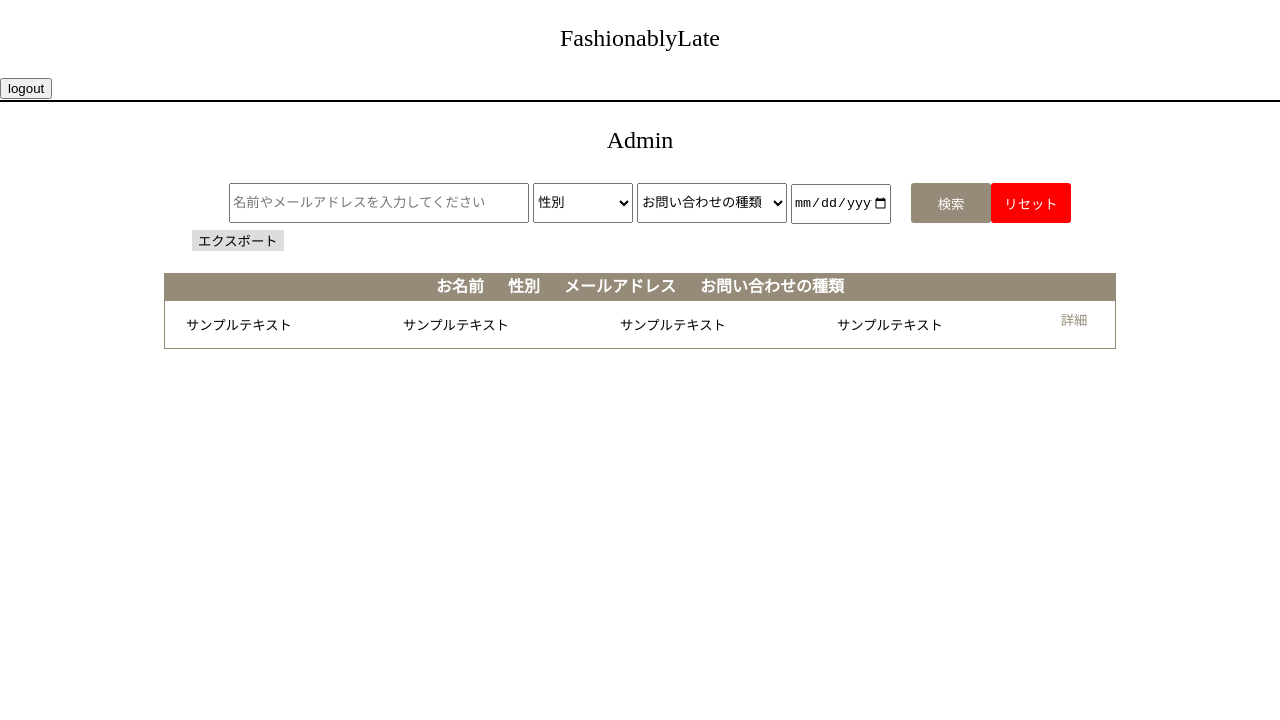
Repository: mayu-ya/test_form
Page: http://localhost/
These files come from the project's save history. The page is drawn as it stood at one moment and after the next save; the edit follows.
The browser window is 1280 px wide. The pictures show the whole page.
The page is served by the project's Laravel application, run on PHP 8.4 with Laravel 8. Other server files are loaded and not shown.

Above is the page before, as saved 2026-01-18 10:08:35.

### src/routes/web.php
<?php

use Illuminate\Support\Facades\Route;
use App\Http\Controllers\ContactController;

/*
|--------------------------------------------------------------------------
| Web Routes
|--------------------------------------------------------------------------
|
| Here is where you can register web routes for your application. These
| routes are loaded by the RouteServiceProvider within a group which
| contains the "web" middleware group. Now create something great!
|
*/

Route::get('/', [ContactController::class, 'index']);

### src/app/Http/Controllers/ContactController.php
<?php

namespace App\Http\Controllers;

use Illuminate\Http\Request;

class ContactController extends Controller
{
    public function index()
    {
        return view('admin');
    }
}

### src/resources/views/admin.blade.php
@extends('layouts.app')

@section('css')
<link rel="stylesheet" href="{{ asset('css/admin.css') }}">
@endsection

@section('header')
<nav class="header">
    <form action="">
        <button class="header__button">logout</button>
    </form>
</nav>
@endsection

@section('content')
<div class="content">
    <div class="title">
        <h2 class="title-h">Admin</h2>
    </div>

    <div class="search">
        <form action="" class="form__search">
            <div class="form__search-item">
                <input class="form__search-name" type="search" name="name" placeholder="名前やメールアドレスを入力してください">
                <select class="form__search-gender" name="gender">
                    <option value="">性別</option>
                </select>
                <select class="form__search-content" name="content">
                    <option value="">お問い合わせの種類</option>
                </select>
                <input class="form__search-date" type="date" name="date">
            </div>
            <div class="search__button">
                <button class="search__button-submit" tyup="submit">検索</button>
            </div>
        </form>
        <form action="" class="reset__button">
            <button class="reset__button-submit">リセット</button>
        </form>
    </div>

    <div class="export">
        <form action="" class="form__export">
            <button class="form__export-button">エクスポート</button>
        </form>
    </div>

    <div class="table-content">
        <table class="table">
            <tr class="table-row">
                <th class="table-title">
                    <span class="table-span">お名前</span>
                    <span class="table-span">性別</span>
                    <span class="table-span">メールアドレス</span>
                    <span class="table-span">お問い合わせの種類</span>
                </th>
            </tr>
            <tr class="table-row">
                <td class="table__item">
                    <form class="form">
                        <div class="form__item">
                            <div class="form__item-name">
                                <input type="text" class="form__item-input" value="サンプルテキスト">
                            </div>
                            <div class="form_item-gender">
                                <input type="text" class="form__item-input" value="サンプルテキスト">
                            </div>
                            <div class="form_item-email">
                                <input type="text" class="form__item-input" value="サンプルテキスト">
                            </div>
                            <div class="form_item-content">
                                <input type="text" class="form__item-input" value="サンプルテキスト">
                            </div>
                        </div>
                        <div class="form__button">
                            <button class="form__button-detail">詳細</button>
                        </div>
                    </form>
                </td>
            </tr>
        </table>
    </div>
</div>
@endsection

### src/resources/views/layouts/app.blade.php
<!DOCTYPE html>
<html lang="ja">
<head>
    <meta charset="UTF-8">
    <meta name="viewport" content="width=device-width, initial-scale=1.0">
    <title>FashionablyLate</title>
    <link rel="stylesheet" href="{{ asset('css/common.css') }}">
    <link rel="stylesheet" href="{{ asset('css/sanitize.css') }}">
    @yield('css')
</head>
<body>
    <header class="header">
        <div class="header-title">
            <div class="header-title__item">FashionablyLate</div>
        </div>
        @yield('header')
    </header>

    <main>
        @yield('content')
    </main>
</body>
</html>

### src/public/css/common.css
.header{
    border-bottom: 1px solid #000;
}

.header-title {
    margin: 0 auto;
    padding: 20px 15px;
    max-width: 1230px;
}

.header-title__item {
    font-size: 24px;
    text-align: center;
}

### src/public/css/sanitize.css
/* Document
* ========================================================================== */

/**
* Add border box sizing in all browsers (opinionated).
*/

*,
::before,
::after {
  box-sizing: border-box;
}

/**
* 1. Add text decoration inheritance in all browsers (opinionated).
* 2. Add vertical alignment inheritance in all browsers (opinionated).
*/

::before,
::after {
  vertical-align: inherit;
  /* 2 */
  text-decoration: inherit;
  /* 1 */
}

/**
* 1. Use the default cursor in all browsers (opinionated).
* 2. Change the line height in all browsers (opinionated).
* 3. Use a 4-space tab width in all browsers (opinionated).
* 4. Remove the grey highlight on links in iOS (opinionated).
* 5. Prevent adjustments of font size after orientation changes in
*    IE on Windows Phone and in iOS.
* 6. Breaks words to prevent overflow in all browsers (opinionated).
*/

html {
  word-break: break-word;
  /* 6 */
  -moz-tab-size: 4;
  /* 3 */
  tab-size: 4;
  /* 3 */
  line-height: 1.5;
  /* 2 */
  cursor: default;
  /* 1 */

  -webkit-tap-highlight-color: transparent
    /* 4 */
  ;
  -ms-text-size-adjust: 100%;
  /* 5 */
  -webkit-text-size-adjust: 100%;
  /* 5 */
}

/* Sections
* ========================================================================== */

/**
* Remove the margin in all browsers (opinionated).
*/

body {
  margin: 0;
}

/**
* Correct the font size and margin on `h1` elements within `section` and
* `article` contexts in Chrome, Edge, Firefox, and Safari.
*/

h1 {
  margin: 0.67em 0;
  font-size: 2em;
}

/* Grouping content
* ========================================================================== */

/**
* Remove the margin on nested lists in Chrome, Edge, IE, and Safari.
*/

dl dl,
dl ol,
dl ul,
ol dl,
ul dl {
  margin: 0;
}

/**
* Remove the margin on nested lists in Edge 18- and IE.
*/

ol ol,
ol ul,
ul ol,
ul ul {
  margin: 0;
}

/**
* 1. Add the correct sizing in Firefox.
* 2. Show the overflow in Edge 18- and IE.
*/

hr {
  overflow: visible;
  /* 2 */
  height: 0;
  /* 1 */
}

/**
* Add the correct display in IE.
*/

main {
  display: block;
}

/**
* Remove the list style on navigation lists in all browsers (opinionated).
*/

nav ol,
nav ul {
  padding: 0;
  list-style: none;
}

/**
* 1. Correct the inheritance and scaling of font size in all browsers.
* 2. Correct the odd `em` font sizing in all browsers.
*/

pre {
  font-size: 1em;
  /* 2 */
  font-family: monospace, monospace;
  /* 1 */
}

/* Text-level semantics
* ========================================================================== */

/**
* Remove the gray background on active links in IE 10.
*/

a {
  background-color: transparent;
}

/**
* Add the correct text decoration in Edge 18-, IE, and Safari.
*/

abbr[title] {
  text-decoration: underline;
  text-decoration: underline dotted;
}

/**
* Add the correct font weight in Chrome, Edge, and Safari.
*/

b,
strong {
  font-weight: bolder;
}

/**
* 1. Correct the inheritance and scaling of font size in all browsers.
* 2. Correct the odd `em` font sizing in all browsers.
*/

code,
kbd,
samp {
  font-size: 1em;
  /* 2 */
  font-family: monospace, monospace;
  /* 1 */
}

/**
* Add the correct font size in all browsers.
*/

small {
  font-size: 80%;
}

/* Embedded content
* ========================================================================== */

/*
* Change the alignment on media elements in all browsers (opinionated).
*/

audio,
canvas,
iframe,
img,
svg,
video {
  vertical-align: middle;
}

/**
* Add the correct display in IE 9-.
*/

audio,
video {
  display: inline-block;
}

/**
* Add the correct display in iOS 4-7.
*/

audio:not([controls]) {
  display: none;
  height: 0;
}

/**
* Remove the border on iframes in all browsers (opinionated).
*/

iframe {
  border-style: none;
}

/**
* Remove the border on images within links in IE 10-.
*/

img {
  border-style: none;
}

/**
* Change the fill color to match the text color in all browsers (opinionated).
*/

svg:not([fill]) {
  fill: currentColor;
}

/**
* Hide the overflow in IE.
*/

svg:not(:root) {
  overflow: hidden;
}

/* Tabular data
* ========================================================================== */

/**
* Collapse border spacing in all browsers (opinionated).
*/

table {
  border-collapse: collapse;
}

/* Forms
* ========================================================================== */

/**
* Remove the margin on controls in Safari.
*/

button,
input,
select {
  margin: 0;
}

/**
* 1. Show the overflow in IE.
* 2. Remove the inheritance of text transform in Edge 18-, Firefox, and IE.
*/

button {
  overflow: visible;
  /* 1 */
  text-transform: none;
  /* 2 */
}

/**
* Correct the inability to style buttons in iOS and Safari.
*/

button,
[type="button"],
[type="reset"],
[type="submit"] {
  -webkit-appearance: button;
}

/**
* 1. Change the inconsistent appearance in all browsers (opinionated).
* 2. Correct the padding in Firefox.
*/

fieldset {
  padding: 0.35em 0.75em 0.625em;
  /* 2 */
  border: 1px solid #a0a0a0;
  /* 1 */
}

/**
* Show the overflow in Edge 18- and IE.
*/

input {
  overflow: visible;
}

/**
* 1. Correct the text wrapping in Edge 18- and IE.
* 2. Correct the color inheritance from `fieldset` elements in IE.
*/

legend {
  display: table;
  /* 1 */
  max-width: 100%;
  /* 1 */
  color: inherit;
  /* 2 */
  white-space: normal;
  /* 1 */
}

/**
* 1. Add the correct display in Edge 18- and IE.
* 2. Add the correct vertical alignment in Chrome, Edge, and Firefox.
*/

progress {
  display: inline-block;
  /* 1 */
  vertical-align: baseline;
  /* 2 */
}

/**
* Remove the inheritance of text transform in Firefox.
*/

select {
  text-transform: none;
}

/**
* 1. Remove the margin in Firefox and Safari.
* 2. Remove the default vertical scrollbar in IE.
* 3. Change the resize direction in all browsers (opinionated).
*/

textarea {
  overflow: auto;
  /* 2 */
  margin: 0;
  /* 1 */
  resize: vertical;
  /* 3 */
}

/**
* Remove the padding in IE 10-.
*/

[type="checkbox"],
[type="radio"] {
  padding: 0;
}

/**
* 1. Correct the odd appearance in Chrome, Edge, and Safari.
* 2. Correct the outline style in Safari.
*/

[type="search"] {
  outline-offset: -2px;
  /* 2 */

  -webkit-appearance: textfield;
  /* 1 */
}

/**
* Correct the cursor style of increment and decrement buttons in Safari.
*/

::-webkit-inner-spin-button,
::-webkit-outer-spin-button {
  height: auto;
}

/**
* Correct the text style of placeholders in Chrome, Edge, and Safari.
*/

::-webkit-input-placeholder {
  color: inherit;
  opacity: 0.54;
}

/**
* Remove the inner padding in Chrome, Edge, and Safari on macOS.
*/

::-webkit-search-decoration {
  -webkit-appearance: none;
}

/**
* 1. Correct the inability to style upload buttons in iOS and Safari.
* 2. Change font properties to `inherit` in Safari.
*/

::-webkit-file-upload-button {
  font: inherit;
  /* 2 */

  -webkit-appearance: button;
  /* 1 */
}

/**
* Remove the inner border and padding of focus outlines in Firefox.
*/

::-moz-focus-inner {
  padding: 0;
  border-style: none;
}

/**
* Restore the focus outline styles unset by the previous rule in Firefox.
*/

:-moz-focusring {
  outline: 1px dotted ButtonText;
}

/**
* Remove the additional :invalid styles in Firefox.
*/

:-moz-ui-invalid {
  box-shadow: none;
}

/* Interactive
* ========================================================================== */

/*
* Add the correct display in Edge 18- and IE.
*/

details {
  display: block;
}

/*
* Add the correct styles in Edge 18-, IE, and Safari.
*/

dialog {
  position: absolute;
  right: 0;
  left: 0;
  display: block;
  margin: auto;
  padding: 1em;
  width: -moz-fit-content;
  width: -webkit-fit-content;
  width: fit-content;
  height: -moz-fit-content;
  height: -webkit-fit-content;
  height: fit-content;
  border: solid;
  background-color: white;
  color: black;
}

dialog:not([open]) {
  display: none;
}

/*
* Add the correct display in all browsers.
*/

summary {
  display: list-item;
}

/* Scripting
* ========================================================================== */

/**
* Add the correct display in IE 9-.
*/

canvas {
  display: inline-block;
}

/**
* Add the correct display in IE.
*/

template {
  display: none;
}

/* User interaction
* ========================================================================== */

/*
* 1. Remove the tapping delay in IE 10.
* 2. Remove the tapping delay on clickable elements
in all browsers (opinionated).
*/

a,
area,
button,
input,
label,
select,
summary,
textarea,
[tabindex] {
  -ms-touch-action: manipulation;
  /* 1 */
  touch-action: manipulation;
  /* 2 */
}

/**
* Add the correct display in IE 10-.
*/

[hidden] {
  display: none;
}

/* Accessibility
* ========================================================================== */

/**
* Change the cursor on busy elements in all browsers (opinionated).
*/

[aria-busy="true"] {
  cursor: progress;
}

/*
* Change the cursor on control elements in all browsers (opinionated).
*/

[aria-controls] {
  cursor: pointer;
}

/*
* Change the cursor on disabled, not-editable, or otherwise
* inoperable elements in all browsers (opinionated).
*/

[aria-disabled="true"],
[disabled] {
  cursor: not-allowed;
}

/*
* Change the display on visually hidden accessible elements
* in all browsers (opinionated).
*/

[aria-hidden="false"][hidden] {
  display: initial;
}

[aria-hidden="false"][hidden]:not(:focus) {
  position: absolute;
  clip: rect(0, 0, 0, 0);
}

### src/public/css/admin.css
.content {
    max-width: 1536px;
}

.title {
    margin: 0 auto;
}

.title-h {
    text-align: center;
    font-weight: lighter;
}

.search {
    display: flex;
    align-items: center;
    justify-content: center;
    width: 70%;
    margin: 0 auto;
}

.form__search {
    display: flex;
    align-items: center;
    text-align: left;
}

.form__search-name {
    width: 300px;
    height: 40px;
}

.form__search-gender {
    width: 100px;
    height: 40px;
}

.form__search-content {
    width: 150px;
    height: 40px;
}

.form__search-date {
    width: 100px;
    height: 40px;
}

.form__search-item {
    padding: 5px 20px;
}

.search__button-submit {
    width: 80px;
    height: 40px;
    background: #968b79;
    color: white;
    border-radius: 3px;
    border: none;
    cursor: pointer;
}

.reset__button-submit {
    width: 80px;
    height: 40px;
    background: red;
    color: white;
    border-radius: 3px;
    border: none;
    cursor: pointer;
}

.export {
    display: flex;
    justify-content: left;
    width: 70%;
    margin: 0 auto;
}

.form__export-button {
    background: #ddd;
    border: none;
}

.table-content {
    display: flex;
    width: 70%;
    align-items: center;
    justify-content: center;
    margin: 0 auto;
}

.table {
    border: 1px solid #968b79;
    margin: 20px 0;
}

.table-row {
    border-bottom: 1px solid #968b79;
}

.table-title {
    background: #968b79;
}

.table-span {
    text-align: left;
    color: white;
    border: none;
    padding: 10px;
}

.table__item {
    width: 100%;
}

.form {
    display: flex;
}

.form__item {
    display: flex;
}

.form__item-input {
    height: 45px;
    padding: 5px 20px;
    outline: none;
    border: none;
}

.form__button-detail {
    width: 80px;
    height: 35px;
    background: white;
    color: #968b79;
    border: #968b79;
    border-radius: 3px;
    cursor: pointer;
}

### src/resources/views/index.blade.php
@extends('layouts.app')

@section('css')
<link rel="stylesheet" href="{{ asset('css/index.css') }}">
@endsection

@section('content')
<div class="content">
    <div class="title">
        <h2 class="title-h">Contact</h2>
    </div>

    <form class="form">
        <div class="form__group">
            <div class="form__group-item">
                <span class="form__item">お名前</span>
                <span class="form__required">※</span>
            </div>
            <div class="form__error">
                エラー
            </div>
            <div class="form__input">
                <input type="text" class="form__input-text" name="name" placeholder="例:山田">
                <input type="text" class="form__input-text" name="name" placeholder="例:太郎">
            </div>
        </div>

        <div class="form__group">
            <div class="form__group-item">
                <span class="form__item">性別</span>
                <span class="form__required">※</span>
            </div>
            <div class="form__error">
                エラー
            </div>
            <div class="form__input">
                <input type="radio" class="form__input-radio" name="gender">男性
                <input type="radio" class="form__input-radio" name="gender">女性
                <input type="radio" class="form__input-radio" name="gender">その他
            </div>
        </div>

        <div class="form__group">
            <div class="form__group-item">
                <span class="form__item">メールアドレス</span>
                <span class="form__required">※</span>
            </div>
            <div class="form__error">
                エラー
            </div>
            <div class="form__input">
                <input type="emai" class="form__input-text" name="emai" placeholder="例:test@example.com">
            </div>
        </div>

        <div class="form__group">
            <div class="form__group-item">
                <span class="form__item">電話番号</span>
                <span class="form__required">※</span>
            </div>
            <div class="form__error">
                エラー
            </div>
            <div class="form__input">
                <input type="tel" class="form__input-text" name="tel" placeholder="080">
                <div class="form__input-tel">-</div>
                <input type="tel" class="form__input-text" name="tel" placeholder="1234">
                <div class="form__input-tel">-</div>
                <input type="tel" class="form__input-text" name="tel" placeholder="5678">
            </div>
        </div>

        <div class="form__group">
            <div class="form__group-ite">
                <span class="form__item">住所</span>
                <span class="form__required">※</span>
            </div>
            <div class="form__error">
                エラー
            </div>
            <div class="form__input">
                <input type="text" class="form__input-text" name="address" placeholder="例:東京都渋谷区千駄ヶ谷1-2-3">
            </div>
        </div>

        <div class="form__group">
            <div class="form__group-item">
                <span class="form__item">建物名</span>
            </div>
            <div class="form__error">
                エラー
            </div>
            <div class="form__input">
                <input type="text" class="form__input-text" name="building" placeholder="千駄ヶ谷マンション101">
            </div>
        </div>

        <div class="form__group">
            <div class="form__group-item">
                <span class="form__item">お問い合わせの種類</span>
                <span class="form__required">※</span>
            </div>
            <div class="form__error">
                エラー
            </div>
            <div class="form__select">
                <select name="content" class="form__select-item" placeholder="選択してください">
                    <option value=""></option>
                </select>
            </div>
        </div>

        <div class="form__group">
            <div class="form__group-item">
                <span class="form__item">お問い合わせ内容</span>
                <span class="form__required">※</span>
            </div>
            <div class="form__error">
                エラー
            </div>
            <div class="form__input">
                <textarea name="detail" class="form__input-textarea" placeholder="お問い合わせ内容をご記載ください"></textarea>
            </div>
        </div>

        <div class="form__group-button">
            <button class="form__group-button-submit" type="submit">確認画面</button>
        </div>
    </form>
</div>
@endsection

### src/public/css/index.css
.content {
    max-width: 1536px;
}

.title {
    margin: 0 auto;
}

.title-h {
    text-align: center;
    font-weight: lighter;
}

.form {
    width: 70%;
    margin: 0 auto;
    text-align: center;
    margin-bottom: 20px;
}

.form__group {
    display: flex;
    width: 100%;
    justify-content: space-between;
    margin-bottom: 20px;
}

.form__required {
    color: red;
}

.form__input {
    display: flex;
    width: 70%;
}

.form__input-radio:nth-child(n+2) {
    margin-left: 50px;
}

.form__input-text,
.form__input-textarea {
    padding: 10px;
    width: 100%;
}

.form__input-textarea {
    height: 150px;
}

.form__input-tel {
    margin: 0 10px;
}

.form__error {
    color: red;
    text-align: left;
}

.form__group-button-submit {
    color: white;
    background: #968b79;
    padding: 10px 20px;
    border-radius: 3px;
    border: none;
    cursor: pointer;
}

Loaded but not shown: src/app/Http/Controllers/Controller.php (common file)

After the next save:
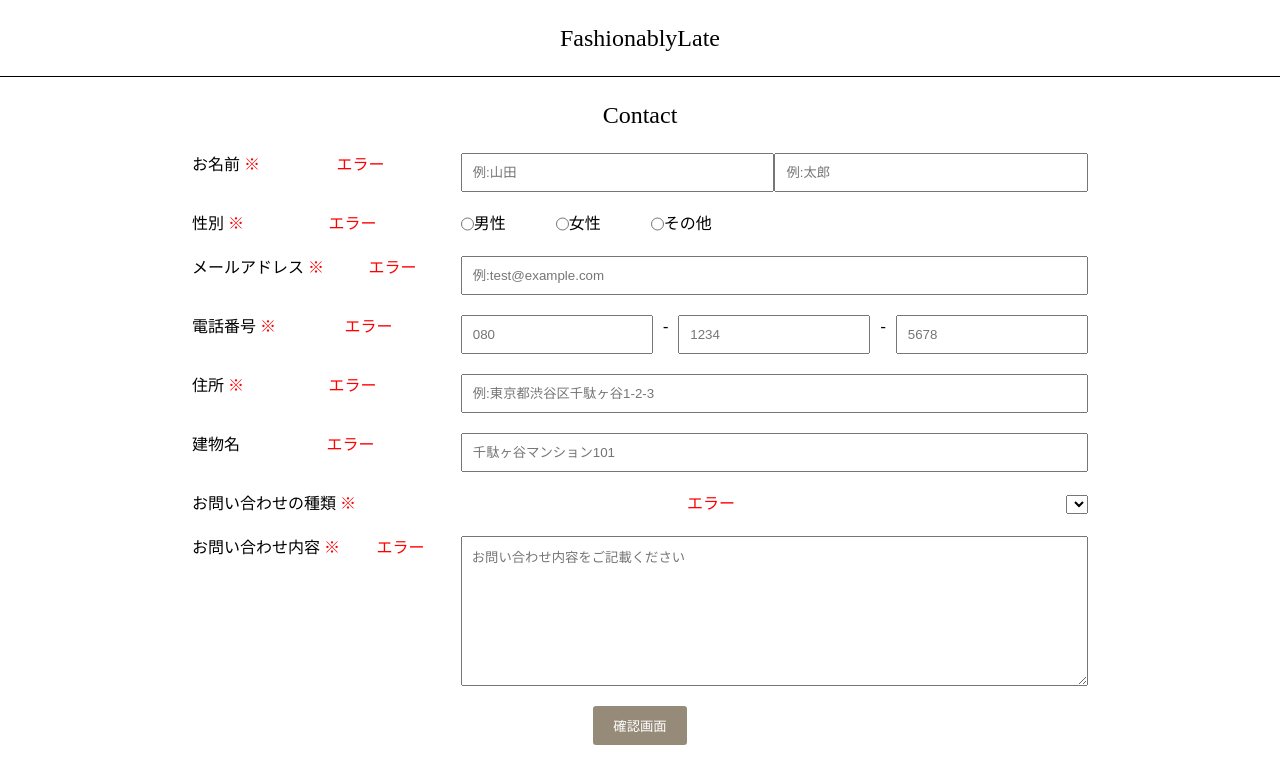
Saved 4 min 23 s later.
--- a/src/app/Http/Controllers/ContactController.php
+++ b/src/app/Http/Controllers/ContactController.php
@@ -8,6 +8,6 @@ class ContactController extends Controller
 {
     public function index()
     {
-        return view('admin');
+        return view('index');
     }
 }
